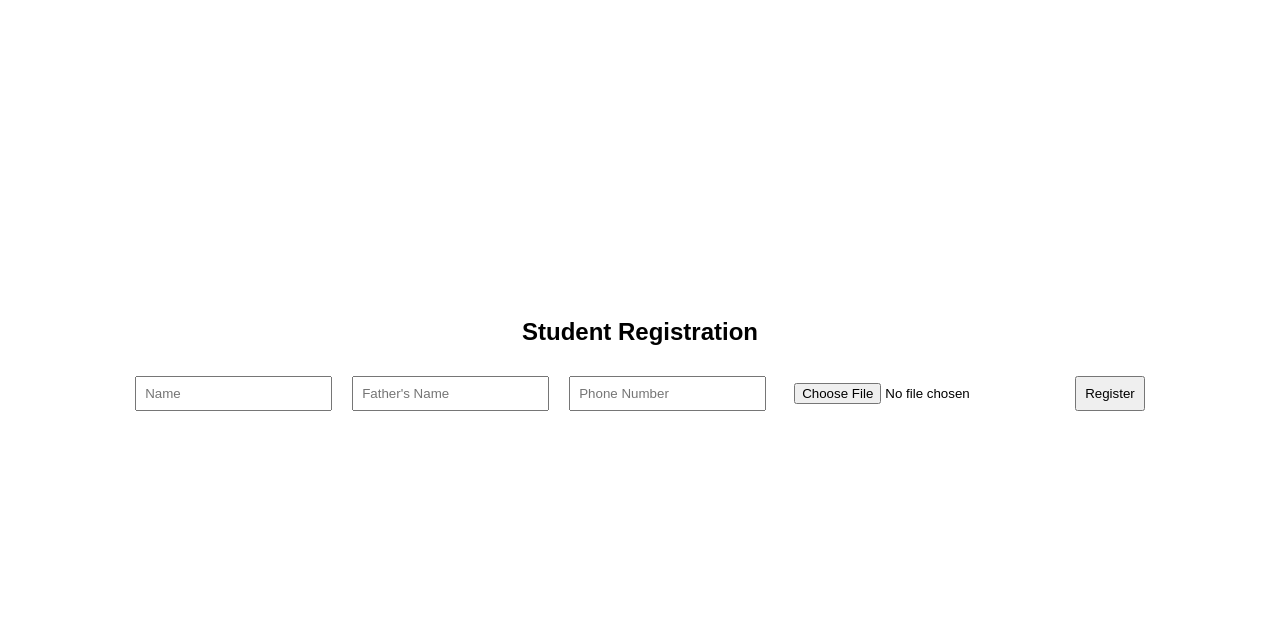
Repository: pripriya09/StudentID-Card-Download
Page: / (app in frontend/)
These files come from the project's save history. The page is drawn as it stood at one moment and after the next save; the edit follows.
The browser window is 1280 px wide. The pictures show the whole page.
The project was rebuilt for these pictures with package versions that can differ from the ones it lists, and the page was loaded fresh each time. Also part of the build but not shown: frontend/vite.config.js, frontend/src/copy form/IDCardForm.jsx.

Above is the page before, as saved 2025-01-07 11:15:01.

After the next save:
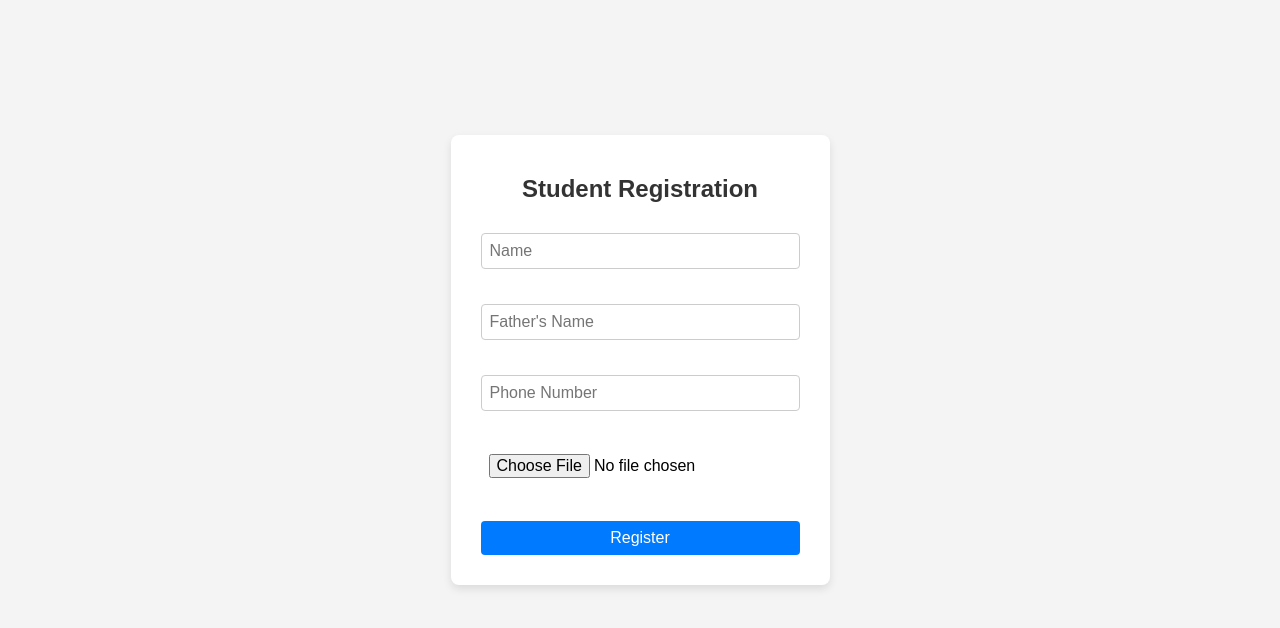
Saved 25 s later.
--- a/frontend/src/App.css
+++ b/frontend/src/App.css
@@ -1,16 +1,99 @@
-.App {
-  /* text-align: center; */
+/* General styling */
+body {
   font-family: Arial, sans-serif;
+  background-color: #f4f4f4;
+  margin: 0;
+  padding: 0;
 }
 
-form input, form button {
-  margin: 10px;
-  padding: 2px;
+.App {
+  max-width: 600px;
+  margin: 20px auto;
+  padding: 20px;
+  background-color: #fff;
+  border-radius: 8px;
+  box-shadow: 0 4px 8px rgba(0, 0, 0, 0.1);
+}
+
+h2 {
+  text-align: center;
+  color: #333;
+}
+
+form {
+  display: flex;
+  flex-direction: column;
+  gap: 15px;
+}
+
+input {
+  padding: 10px;
+  border: 1px solid #ccc;
+  border-radius: 4px;
+  font-size: 16px;
+}
+
+input[type="file"] {
+  border: none;
+  background-color: transparent;
+}
+
+button {
+  padding: 12px;
+  background-color: #4CAF50;
+  color: white;
+  border: none;
+  border-radius: 4px;
+  font-size: 16px;
+  cursor: pointer;
+}
+
+button:hover {
+  background-color: #45a049;
+}
+
+h3 {
+  text-align: center;
+  color: #333;
 }
 
 .id-card {
-  border: 1px solid #ccc;
-  padding: 15px;
-  width: 300px;
-  margin: 20px auto;
+  margin-top: 30px;
+  padding: 20px;
+  background-color: #fafafa;
+  border-radius: 8px;
+  border: 1px solid #ddd;
+  box-shadow: 0 2px 4px rgba(0, 0, 0, 0.1);
 }
+
+.id-card p {
+  font-size: 16px;
+  color: #333;
+}
+
+.profile-image {
+  text-align: center;
+  margin-bottom: 15px;
+}
+
+.profile-image img {
+  border-radius: 50%;
+  width: 150px;
+  height: 150px;
+  object-fit: cover;
+  margin-bottom: 20px;
+}
+
+button {
+  display: inline-block;
+  margin-top: 10px;
+  background-color: #007bff;
+}
+
+button:hover {
+  background-color: #0056b3;
+}
+
+button + button {
+  margin-left: 10px;
+}
